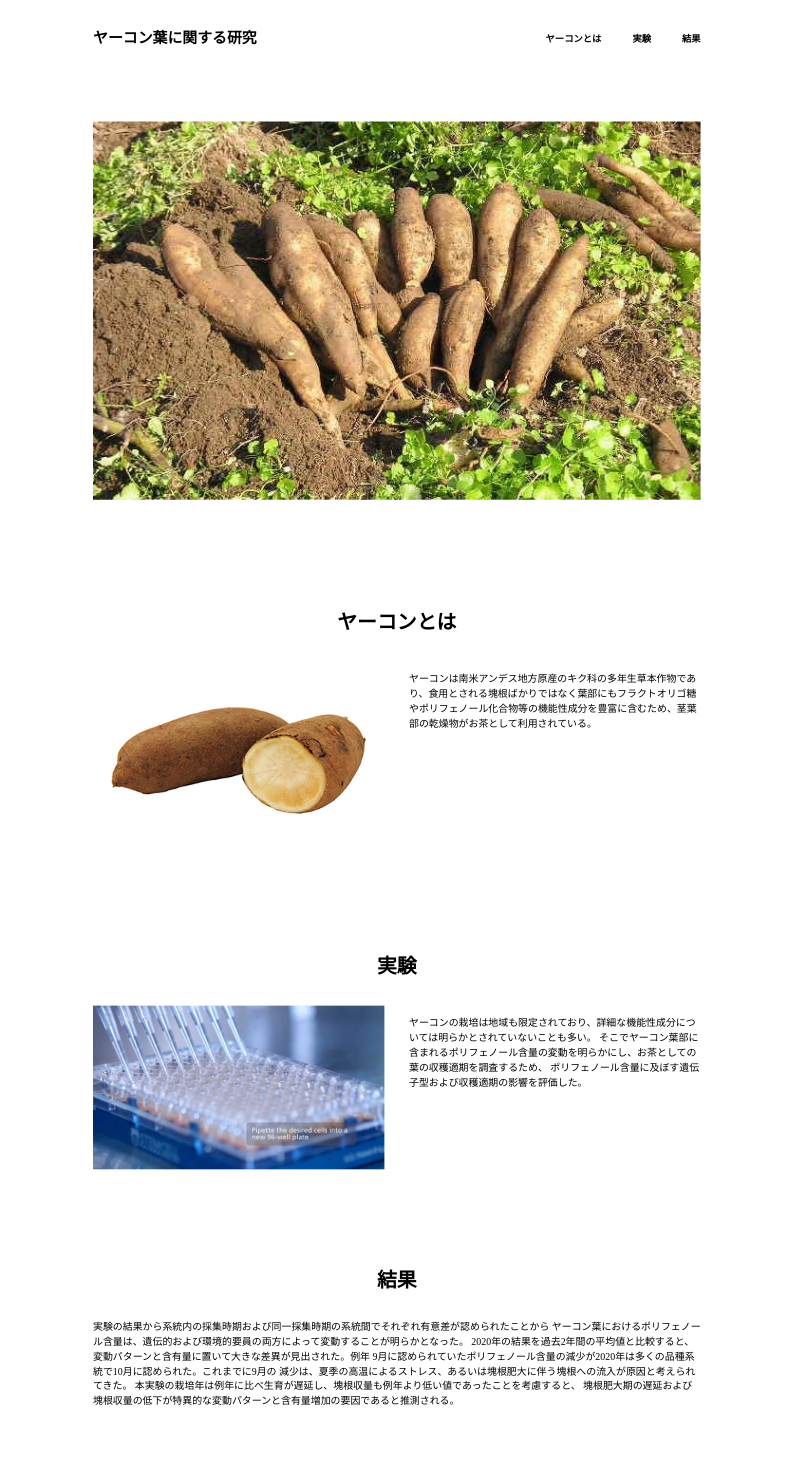
Repository: ryoji1228/samurai_HTML-CSS
Page: yakon.html
The author's editor kept a record of every edit. The page is drawn from the files as they stood at one moment, then again after the next edit.
The browser window is 1280 px wide. The pictures show the whole page, at 62% of full size.

Above is the page before.

After the next edit:
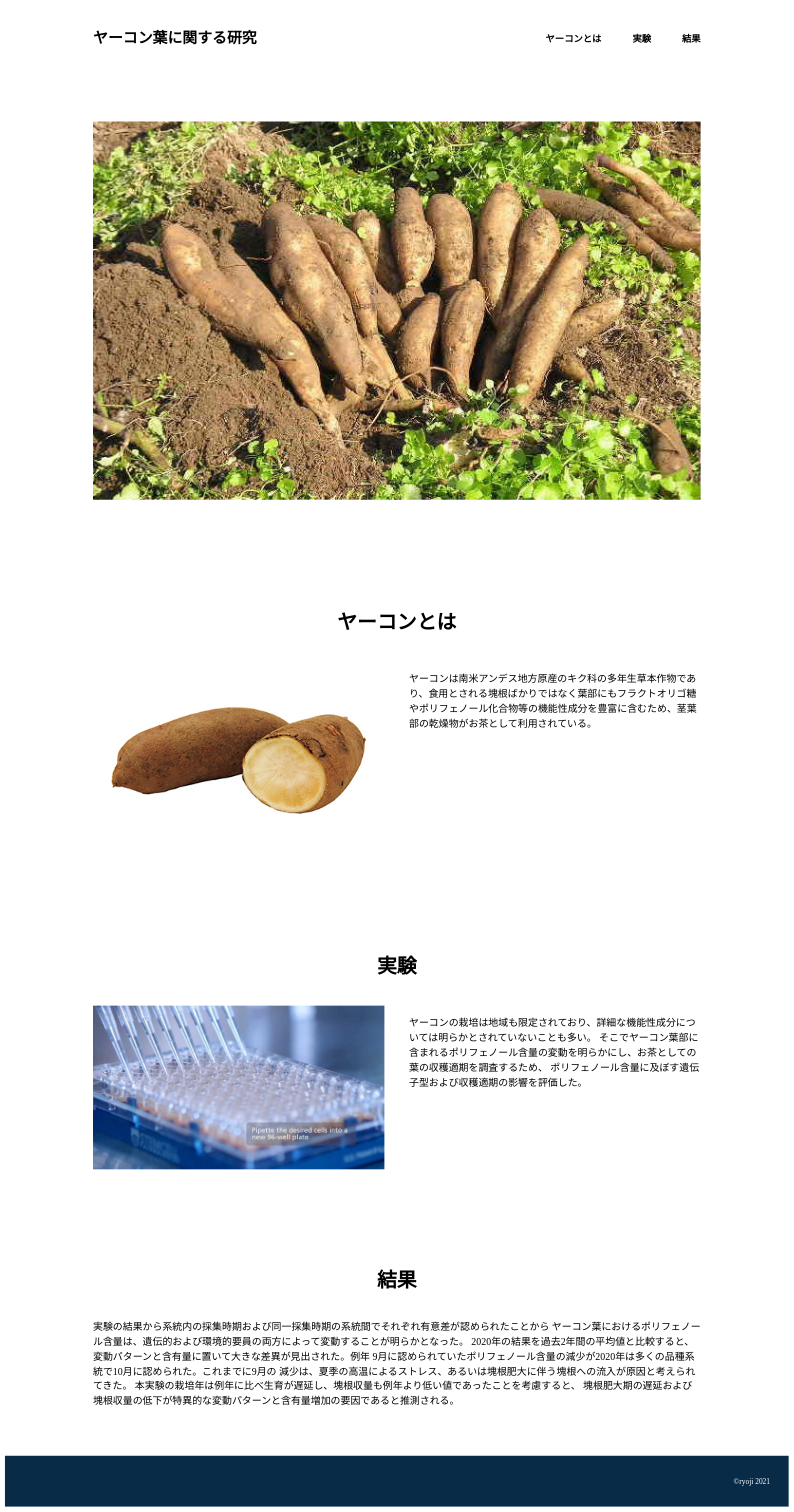
The edit:
--- a/yakon.html
+++ b/yakon.html
@@ -77,5 +77,9 @@
             </div>
         </div>
     </section>
+
+    <footer class="clear">
+        <p class="copyright">&copy;ryoji 2021</p>
+    </footer>
 </body>
 </html>
